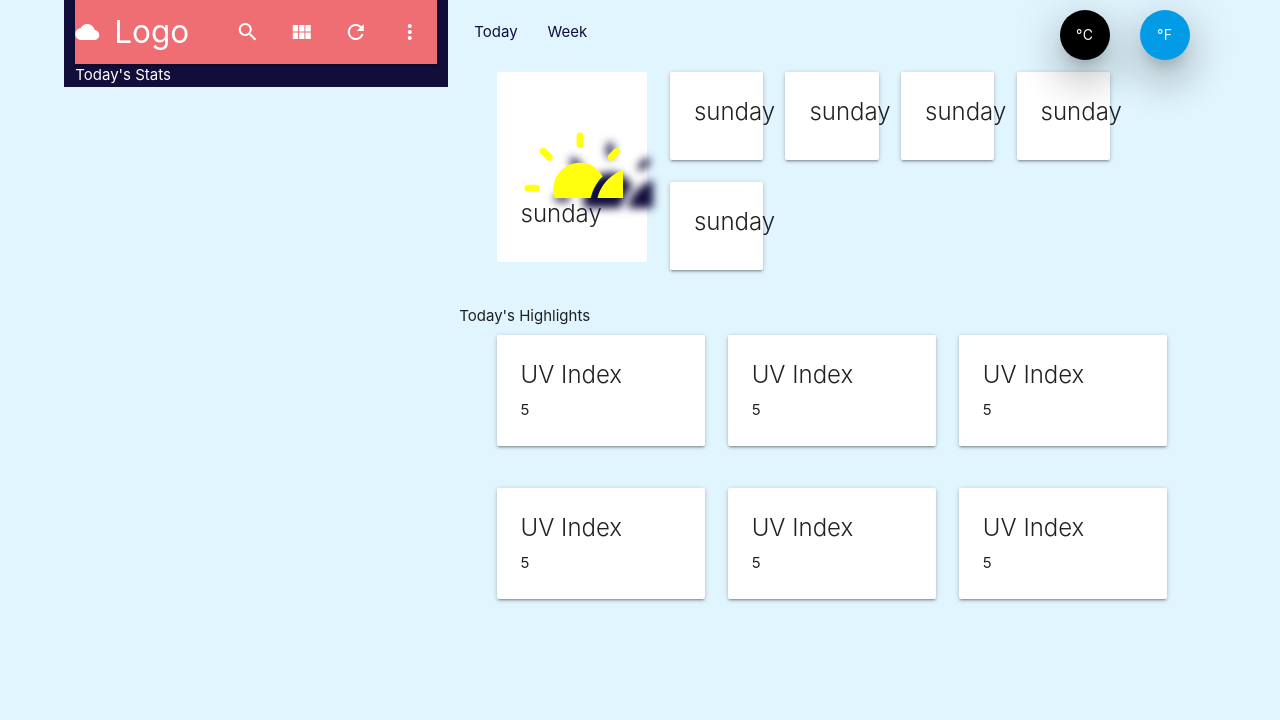
Repository: latenightsnacc/Static-Web-Projects
Page: weather-app/index.html
The author's editor kept a copy of each file at every save. The page is drawn from the files as they stood at one save, then again after the next save.
The browser window is 1280 px wide. The pictures show the whole page.
The style sheet was rebuilt from its Sass, Less or Tailwind sources for each picture, by a compiler version that may differ from the author's.

Above is the page before, as saved 2020-07-14 12:41:54.

After the next save:
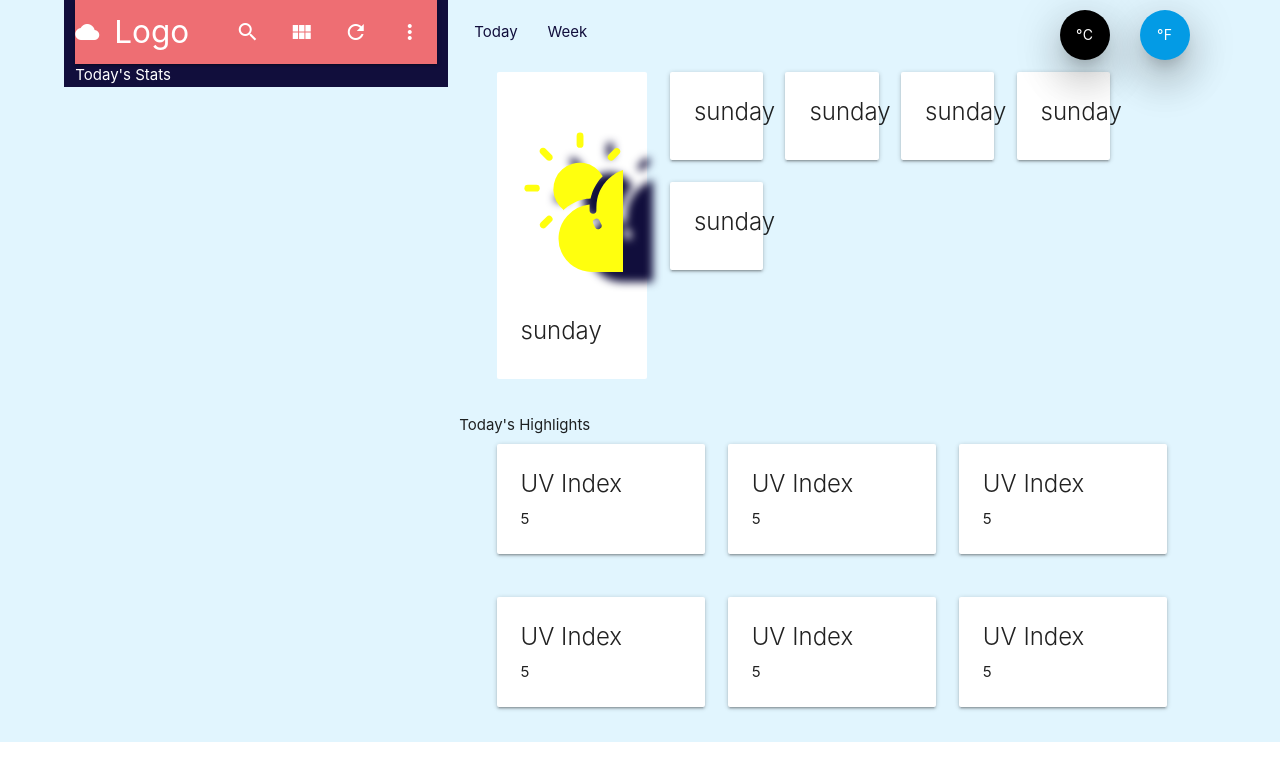
Saved 10 s later.
--- a/weather-app/index.html
+++ b/weather-app/index.html
@@ -47,7 +47,7 @@
                                     <div class="card z-depth-0">
                                         <div class="card-content">
                                             <div class="weather-icon">
-                                                <svg class="" data-name="Layer 1" id="Layer_1" viewBox="0 0 30 30" xmlns="http://www.w3.org/2000/svg">
+                                                <svg class="" data-name="Layer 1" id="Layer_1" viewBox="0 0 30 64" xmlns="http://www.w3.org/2000/svg">
                                                     <path d="M17.22,15.12a1,1,0,0,0,1-1V11.66a1,1,0,0,0-2,0v2.46A1,1,0,0,0,17.22,15.12Z"/>
                                                     <path d="M2,27.88H4.46a1,1,0,0,0,0-2H2a1,1,0,1,0,0,2Z"/>
                                                     <path d="M7.49,18.56a1,1,0,1,0,1.41-1.41L7.17,15.41a1,1,0,1,0-1.41,1.41Z"/>

After the save that followed:
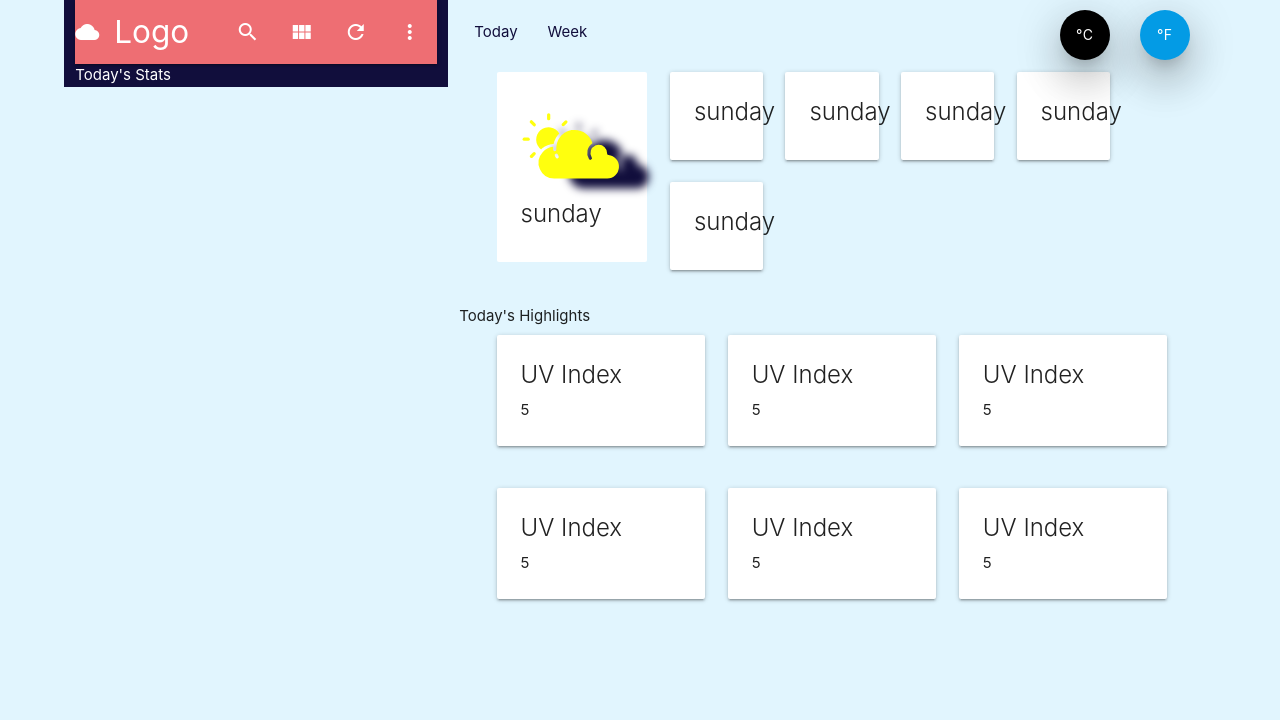
Saved 9 s later.
--- a/weather-app/index.html
+++ b/weather-app/index.html
@@ -47,7 +47,7 @@
                                     <div class="card z-depth-0">
                                         <div class="card-content">
                                             <div class="weather-icon">
-                                                <svg class="" data-name="Layer 1" id="Layer_1" viewBox="0 0 30 64" xmlns="http://www.w3.org/2000/svg">
+                                                <svg class="" data-name="Layer 1" id="Layer_1" viewBox="0 0 64 64" xmlns="http://www.w3.org/2000/svg">
                                                     <path d="M17.22,15.12a1,1,0,0,0,1-1V11.66a1,1,0,0,0-2,0v2.46A1,1,0,0,0,17.22,15.12Z"/>
                                                     <path d="M2,27.88H4.46a1,1,0,0,0,0-2H2a1,1,0,1,0,0,2Z"/>
                                                     <path d="M7.49,18.56a1,1,0,1,0,1.41-1.41L7.17,15.41a1,1,0,1,0-1.41,1.41Z"/>
